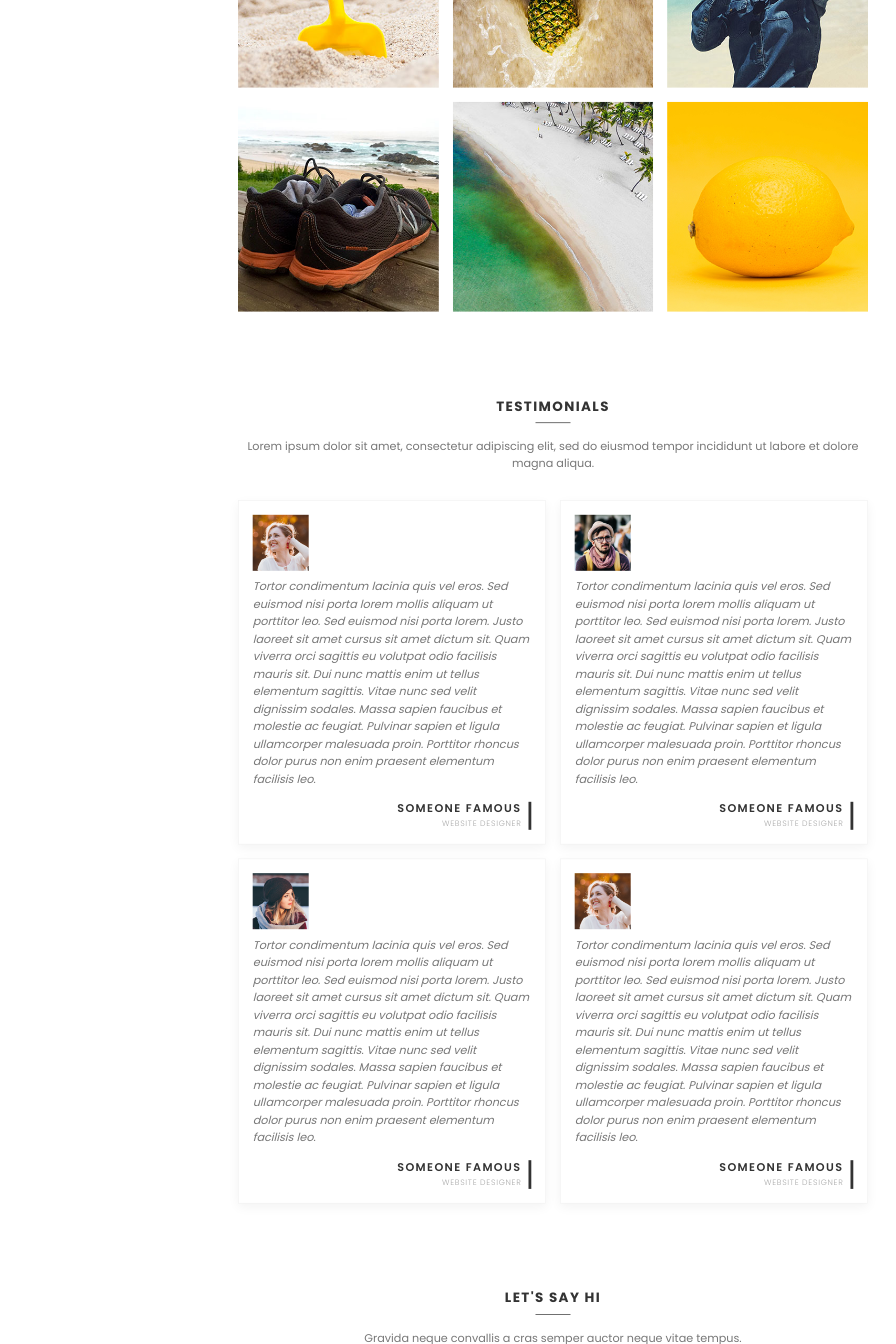
Repository: RussPalms/portforlio-1
Page: index.html
An editor plug-in stored every save of this project. The page is shown before and after the next save, followed by the edit.
The browser window is 1280 px wide. The pictures show the part of the page from y = 3168 to 5088 px (the page is 5693 px tall), at 70% of full size.
The pointer rests on the first visible `.testimonials .content .testimonialsBox`.

Above is the page before, as saved 2021-11-28 16:05:08.

After the next save:
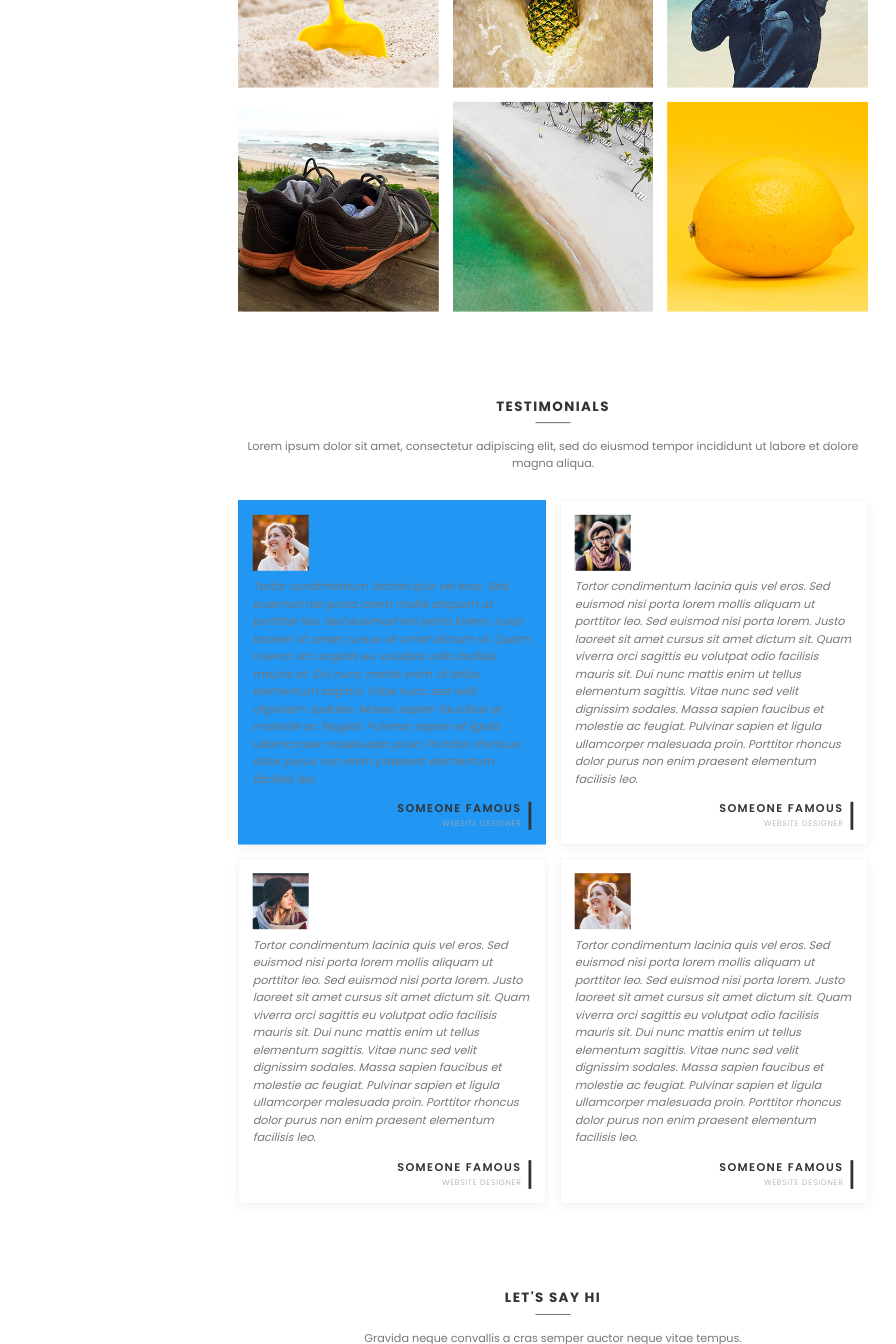
Saved 25 s later.
--- a/style.css
+++ b/style.css
@@ -437,6 +437,7 @@ p {
 }
 
 .testimonials .content .testimonialsBox:hover {
+	background: #2196f3;
 }
 
 .testimonials .content .testimonialsBox .imgBx {
